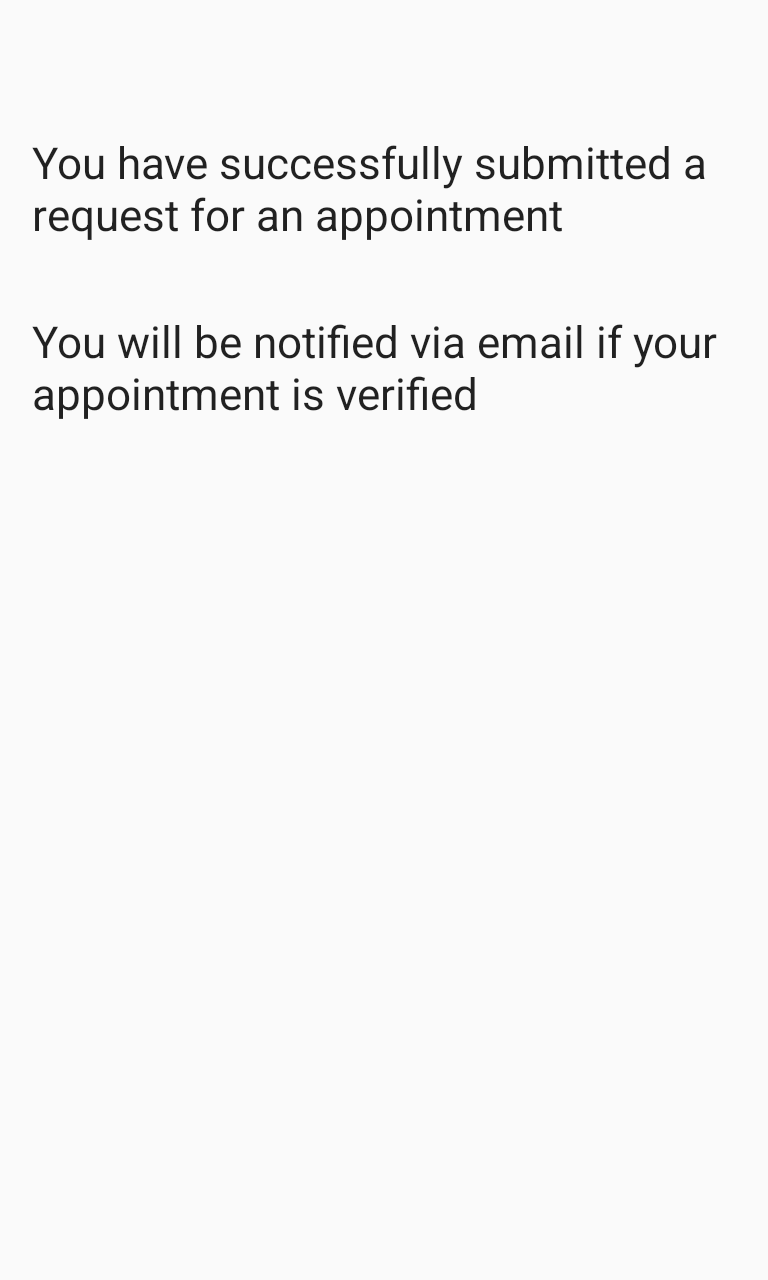
Repository: nave29/sem_1
Layout: VERSION_0.0/sem1_gica/res/layout/activity_formsumbit.xml
An editor plug-in stored every save of this project. The layout is shown before and after the next save, followed by the edit.
It is drawn on a 768 x 1280 px phone screen (xhdpi) without system bars, with theme AppTheme; the app's code is not run.

Above is the layout before, as saved 2014-09-08 11:09:17.

After the next save:
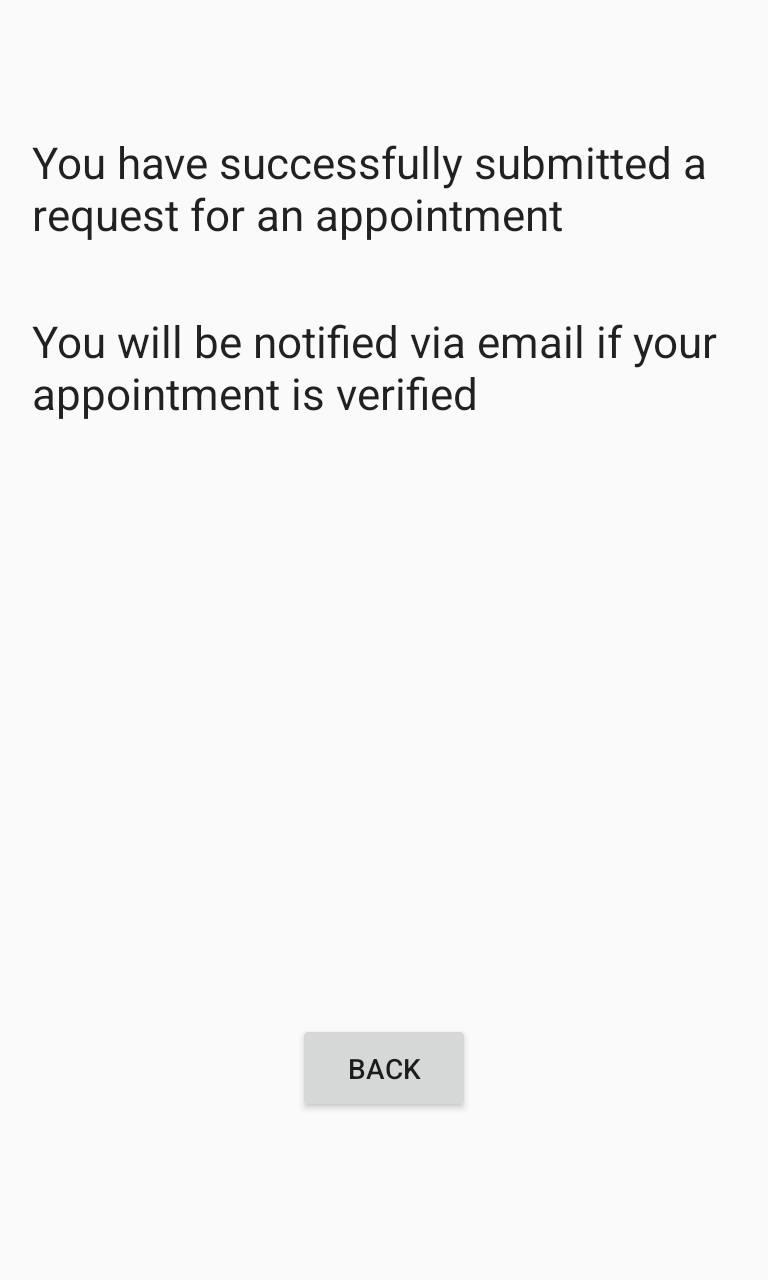
Saved 15 s later.
--- a/VERSION_0.0/sem1_gica/res/layout/activity_formsumbit.xml
+++ b/VERSION_0.0/sem1_gica/res/layout/activity_formsumbit.xml
@@ -28,4 +28,13 @@
         android:text="You will be notified via email if your appointment is verified"
         android:textAppearance="?android:attr/textAppearanceLarge" />
 
+    <Button
+        android:id="@+id/button1"
+        android:layout_width="wrap_content"
+        android:layout_height="wrap_content"
+        android:layout_alignParentBottom="true"
+        android:layout_centerHorizontal="true"
+        android:layout_marginBottom="66dp"
+        android:text="Back" />
+
 </RelativeLayout>
